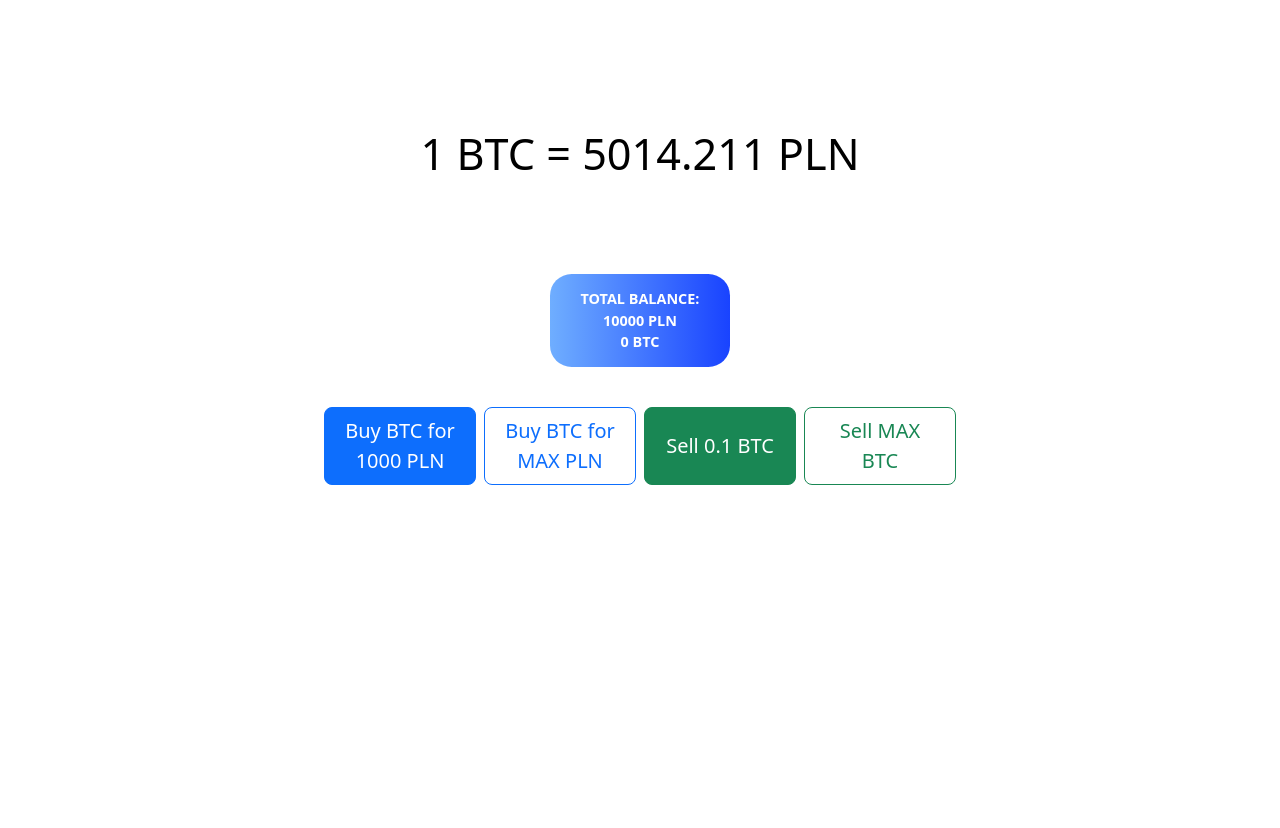
Repository: michalgornicki/bitcoin-virtual
Page: /
The author's editor kept a copy of each file at every save. The page is drawn from the files as they stood at one save, then again after a run of saves.
The browser window is 1280 px wide. The pictures show the whole page.
The project was rebuilt for these pictures with package versions that can differ from the ones it lists, and the page was loaded fresh each time.

Above is the page before, as saved 2021-12-05 22:58:16.

### src/App.jsx
import React, { useState, useEffect } from "react";
import "./App.css";
import Button from "react-bootstrap/Button";
import "bootstrap/dist/css/bootstrap.min.css";

function App() {
  const [bitcoinPrice, setBitcoinPrice] = useState(5000);
  const [accountPLN, setAccountPLN] = useState(10000);
  const [accountBTC, setAccountBTC] = useState(0);

  const bitcoin = () => {
    let randomNumber = parseFloat((Math.random() * 20 - 10).toFixed(3));
    setBitcoinPrice((bitcoinPrice) =>
      parseFloat((bitcoinPrice + randomNumber).toFixed(3))
    );
    console.log(bitcoinPrice);

    setTimeout(bitcoin, 1000);
  };

  const buyBitcoin = () => {
    if (accountPLN >= 1000) {
      setAccountPLN(accountPLN - 1000);
      setAccountBTC((accountBTC) =>
        parseFloat((accountBTC + 1000 / bitcoinPrice).toFixed(6))
      );
      console.log(accountBTC);
    } else {
      setAccountPLN(0);
      setAccountBTC((accountBTC) =>
        parseFloat((accountBTC + accountPLN / bitcoinPrice).toFixed(6))
      );
    }
  };

  const buyMAXBitcoin = () => {
      setAccountPLN(0);
      setAccountBTC((accountBTC) =>
        parseFloat((accountBTC + accountPLN/bitcoinPrice).toFixed(6))
      );
      console.log(accountBTC);
  };

  const sellBitcoin = () => {
    if (accountBTC >= 0.1) {
      setAccountPLN(parseFloat((accountPLN + bitcoinPrice / 10).toFixed(6)));
      setAccountBTC((accountBTC) => parseFloat((accountBTC - 0.1).toFixed(6)));
      console.log(accountBTC);
    } else {
      setAccountPLN(
        parseFloat((accountPLN + bitcoinPrice * accountBTC).toFixed(6))
      );
      setAccountBTC((accountBTC) => parseFloat((0).toFixed(6)));
    }
  };

  const sellMAXBitcoin = () => {
      setAccountPLN(parseFloat((accountPLN + bitcoinPrice*accountBTC).toFixed(6)));
      setAccountBTC(0);
      console.log(accountBTC);
  };

  useEffect(() => {
    bitcoin();
  }, []);

  return (
    <div className="wrapper">
      <div className="price">1 BTC = {bitcoinPrice} PLN</div>
      <div className="account-container">
        <div className="account">TOTAL BALANCE:</div>
        <div className="account">{accountPLN} PLN</div>
        <div className="account">{accountBTC} BTC</div>
      </div>

      <div className="button-container w-50 m-auto">
        <Button variant="primary m-1 btn-lg w-50" onClick={buyBitcoin}>
          Buy BTC for 1000 PLN
        </Button>
        <Button variant="outline-primary m-1 btn-lg w-50" onClick={buyMAXBitcoin}>
          Buy BTC for MAX PLN
        </Button>
        <Button variant="success m-1 btn-lg w-50" onClick={sellBitcoin}>
          Sell 0.1 BTC
        </Button>
        <Button variant="outline-success m-1 btn-lg w-50" onClick={sellMAXBitcoin}>
          Sell MAX BTC
        </Button>
      </div>
    </div>
  );
}

export default App;

### src/App.css

body{
    font-family:'Segoe UI', Tahoma, Geneva, Verdana, sans-serif;
    user-select: none;
}

.wrapper{
    height: 100vh;
    display: block;
    margin: auto;
}

.price{
    font-size: 6vmin;
    display: block;
    margin: auto;
    margin-top: 15vmin;
    padding: 2vmin;
    text-align: center;
    width: fit-content;
    color: rgb(0, 0, 0);
}

.account-container{
    display: block;
    margin: auto;
    margin-top: 10vmin;
    margin-bottom: 5vmin;
    background: linear-gradient(to left, rgb(25, 67, 255), rgb(111, 174, 255));
    color: white;
    padding: 2vmin;
    border-radius: 3vmin;
    width: 14%;
}

.account{
    font-size: 2vmin;
    font-weight: 600;
    display: block;
    margin: auto;
    text-align: center;
}

.button-container{
    display: flex;
    justify-content: center;
}

.button{
    height: 10vmin;
    width: 10vmin;
    background-color: green;
    color: white;
    text-align: center;
    display: block;
    margin: 2vmin;
    margin-top: 10vmin;
    cursor: pointer;
}

Loaded but not shown: public/index.html (common file); src/index.js (common file); src/index.css (common file); src/reportWebVitals.js (common file)

After the next 2 saves:
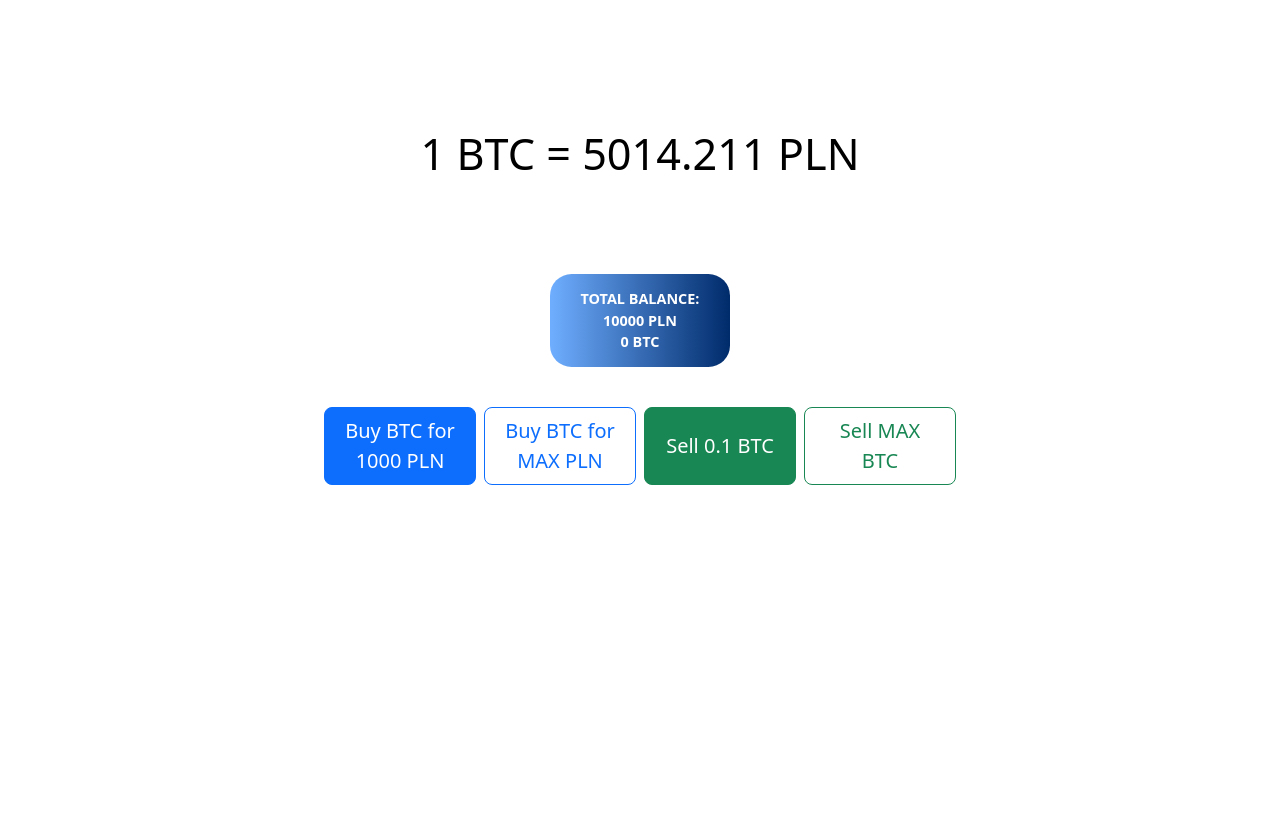
The 2 saves are shown as one change because they came seconds apart.
The last was saved 10 s later.
--- a/src/App.css
+++ b/src/App.css
@@ -26,7 +26,7 @@ body{
     margin: auto;
     margin-top: 10vmin;
     margin-bottom: 5vmin;
-    background: linear-gradient(to left, rgb(25, 67, 255), rgb(111, 174, 255));
+    background: linear-gradient(to left, rgb(0, 43, 107), rgb(111, 174, 255));
     color: white;
     padding: 2vmin;
     border-radius: 3vmin;
